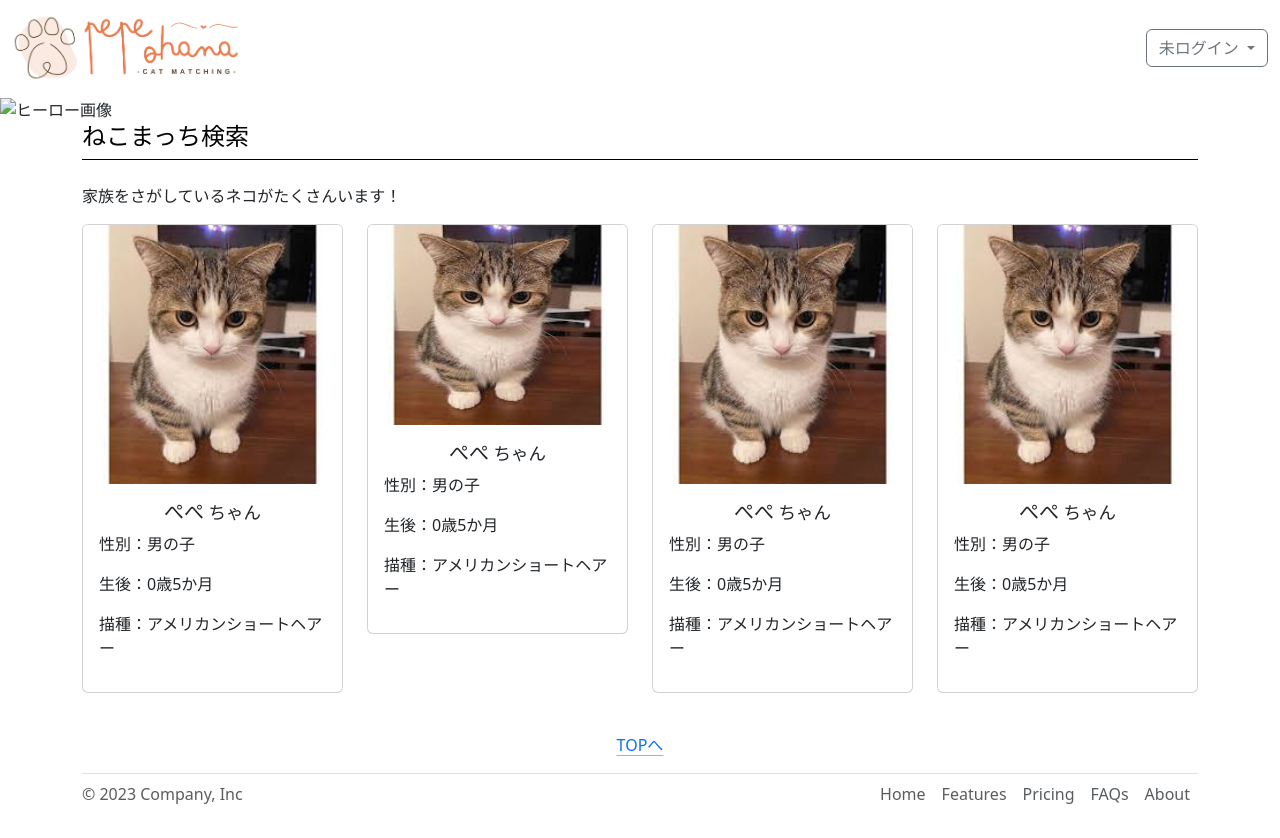
Repository: sakuwell/pepe
Page: http://localhost/PepeOhana/top.jsp
The author's editor kept a copy of each file at every save. The page is drawn from the files as they stood at one save, then again after the next save.
The browser window is 1280 px wide. The pictures show the whole page.
The page is served by Tomcat 9.

Above is the page before, as saved 2023-09-05 07:29:13.

After the next save:
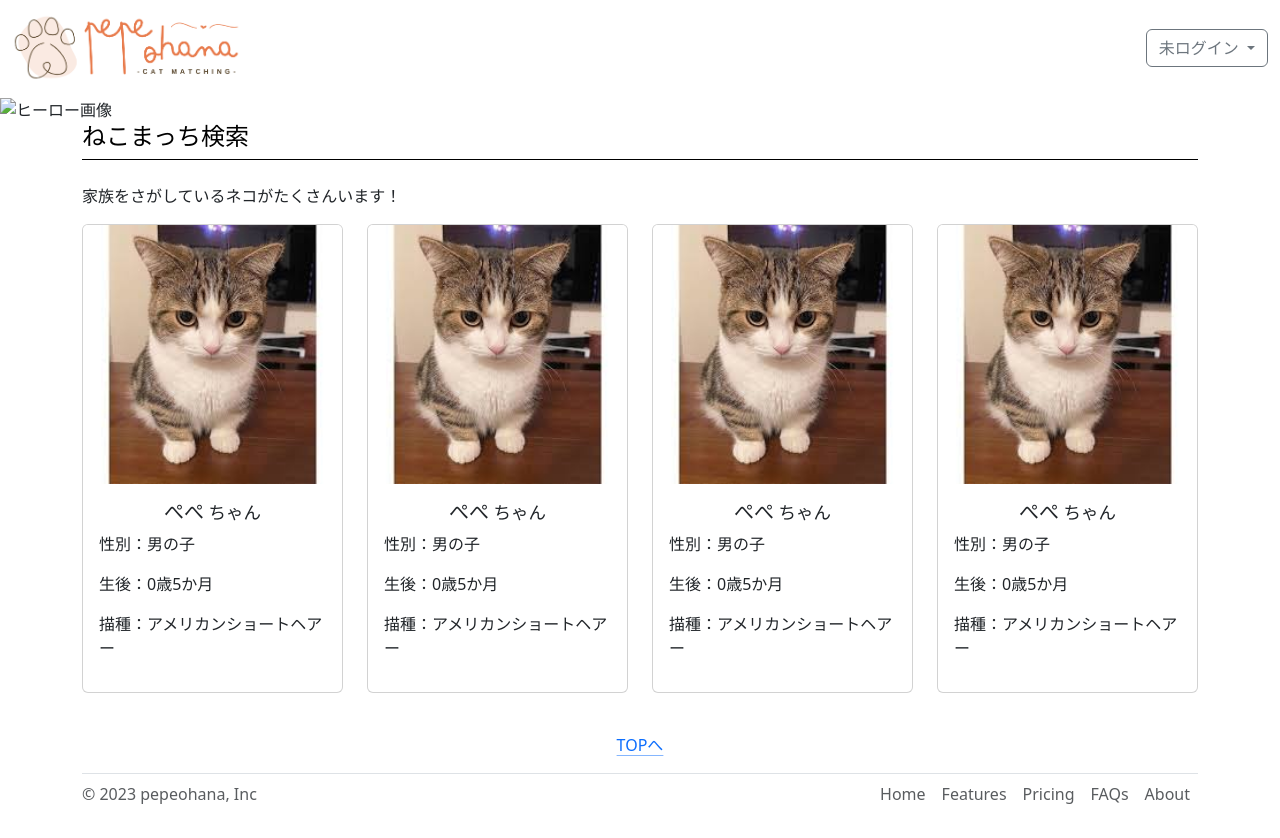
Saved 2 min 40 s later.
--- a/ExWorkSpace/PepeOhana/src/main/webapp/top.jsp
+++ b/ExWorkSpace/PepeOhana/src/main/webapp/top.jsp
@@ -98,7 +98,7 @@
  				<!-- カードのコンテンツ -->
                 <div class="col-6 col-md-4 col-lg-3">
                     <div class="card mb-3">
-                        <img src="images/ねこ_1.jpg" class="card-img-top" alt="猫画像" style="height:200px">
+                        <img src="images/ねこ_1.jpg" class="card-img-top" alt="猫画像" style="width:100%">
                         <div class="card-body">
                             <h5 class="card-title text-center">ぺぺ<small> ちゃん</small></h5>
                             <p class="card-text text-right">性別：男の子</p>
@@ -153,7 +153,7 @@
     </div>
     <div class="container">
         <footer class="mt-3 d-flex flex-wrap justify-content-between align-items-center my-4 border-top">
-          <p class="col-md-4 mb-0 text-body-secondary">© 2023 Company, Inc</p>
+          <p class="col-md-4 mb-0 text-body-secondary">© 2023 pepeohana, Inc</p>
           <a href="#" class="col-md-4 d-flex align-items-center justify-content-center mb-3 mb-md-0 me-md-auto link-body-emphasis text-decoration-none">
             <svg class="bi me-2" width="40" height="32"><use xlink:href="#bootstrap"></use></svg>
           </a>
